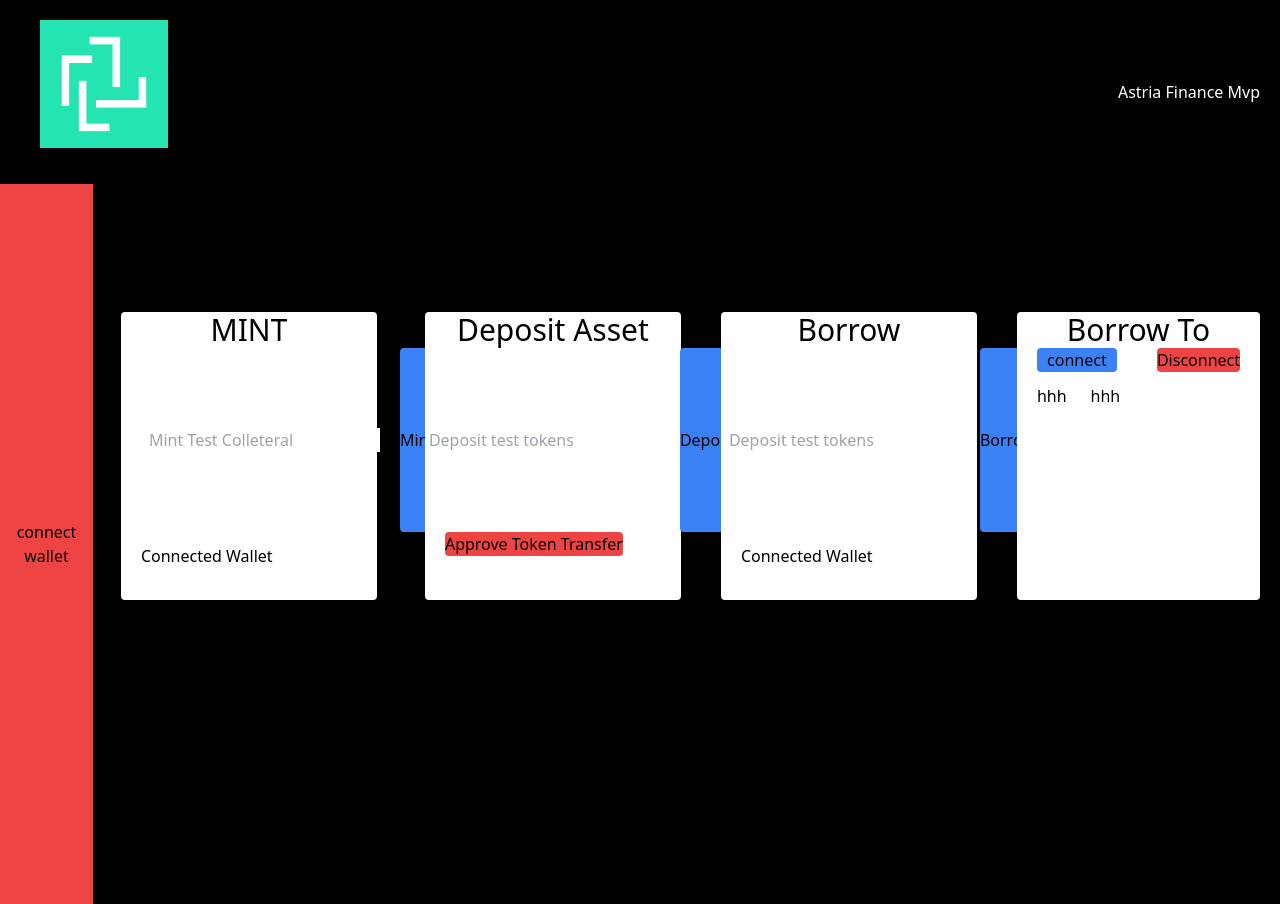
Repository: AstriaFinance/AstriaMvp
Page: /
These files come from the project's save history. The page is drawn as it stood at one moment and after the next save; the edit follows.
The browser window is 1280 px wide. The pictures show the whole page.
The project was rebuilt for these pictures with package versions that can differ from the ones it lists, and the page was loaded fresh each time. Also part of the build but not shown: src/components/About.jsx, src/components/Shop.jsx, src/components/ErrorPage.jsx.

Above is the page before, as saved 2022-06-22 23:33:47.

### src/App.js
import {Nav, Home} from "./components"

function App() {
  return (

    <div>

      <Nav/>
      <Home/>
      </div>

  );
}

export default App;

### src/components/index.js
export{default as About} from "./About"
export{default as Nav} from "./Nav"
export{default as Shop} from "./Shop"
export {default as ErrorPage} from "./ErrorPage"
export{default as Home} from "./Home"

### src/components/Nav.jsx
import React from 'react'
import logo from "../static/astria2.jpg"
const Nav = () => {
  return (

        <nav className='bg-black flex justify-between '>
        <img src={logo} alt="" className='h-32 mt-5 mx-10' />
        <div className='text-white my-20 mx-5'>Astria Finance Mvp</div>





    </nav>



  )
}

export default Nav

### src/components/Home.jsx
import React, { useEffect, useState } from 'react'
import astriaPorta_abi from "../contracts/astriaPorta_abi.json"
import testEth_abi from "../contracts/testEth_abi"
import { ethers } from 'ethers'
import { shortenAddress } from './ShortenAddress'

const Home = () => {
    const contractAddress="0x4eCeF62f1974173106d7296306073eD286Df6904"
    const testEthContractAddress="0xFEccDB1aCe7f5ad29BE0aB7Cf9BC67ebF81bd780"
    const[conButtonText, setConButtonText]=useState("connect wallet")
    const [errorMessage, setErrorMessage]=useState(null)
    const[defaultAccount, setDefaultAccount]= useState(null)
    const[provider, setProvider]=useState(null)
    const [signer, setSigner]=useState(null)
    const [contract, setContract]=useState(null)
    const [transferHash, setTransferHah]=useState(null)
    const [depositHash, setDepositHash]=useState(null)
    const [testEthContract, setTestEthContract]=useState(null)
    const [borrowHash, setBorrowHash]=useState(null)

    const connectWalletHandler =()=>{
      if (window.ethereum ){
        window.ethereum.request({method:"eth_requestAccounts"})
        .then(result=>{
          accountChangedHandler(result[0])
          setConButtonText ("Wallet connected")
        })
        .catch(error=>{
          setErrorMessage(error.message)
        })
      }else{
        console.log("Install Metamask")
        setErrorMessage("Please install metamask")
      }
    }

    const accountChangedHandler=(newAddress)=>{
      setDefaultAccount(newAddress)
      updateEthers()
    }

    const updateEthers=()=>{
      let tempProvider= new ethers.providers.Web3Provider(window.ethereum)
      let tempSigner=tempProvider.getSigner()
      let tempContract= new ethers.Contract(contractAddress, astriaPorta_abi, tempSigner)
      let testEthContract=new ethers.Contract(testEthContractAddress, testEth_abi, tempSigner)
      setProvider(tempProvider)
      setSigner(tempSigner)
      setContract(tempContract)
      setTestEthContract(testEthContract)

    }

    const mintHandler=async (e)=>{
      e.preventDefault()
      let mintAmount=e.target.mintAmount.value

      let txn=await contract.Mint(mintAmount)
      setTransferHah(txn)

    }




    const depositHandler=async (e)=>{
      e.preventDefault()
      let depositAmount=e.target.depositAmount.value

      let depositTxn=await contract.deposit(depositAmount)
      setDepositHash(depositTxn)
    }

    const borrowHandler= async(e)=>{
      e.preventDefault()
      let borrowAmount= e.target.borrowAmount.value
      let borrowtxn=await contract.borrow(borrowAmount)
      setBorrowHash(borrowtxn)
    }

    const approveTestEth=async(e)=>{
      e.preventDefault()
      await testEthContract.approve(contractAddress, ("9007199254740990"))
    }

    useEffect(()=>{
      if(contract!=null){

      }
    },[])
  return (
    <div>
    <p>{errorMessage}</p>
<div className="bg-black flex overflow-x-auto h-screen ">
<button className='bg-red-500' onClick={connectWalletHandler}>{conButtonText}</button>
<form onSubmit={mintHandler}>
 <div className="bg-white h-72 w-64 rounded my-32 mx-7">

  <div className="container flex justify-center text-3xl">MINT</div>
  <div className="flex justify-between">

    <input id="mintAmount" type="number" placeholder='Mint Test Colleteral' className='my-20 ml-7 hover:bg-red-500' />
    <button className="bg-blue-500 rounded mx-5 w-20  ">Mint</button>
  </div>
   <ul className="mx-5 my-3 flex gap-6">
     <li>Connected Wallet</li>

     <li></li>
   </ul>
 </div>
 </form>


 <div className="bg-white h-72 w-64 rounded mx-5 my-32">
 <form onSubmit={depositHandler}>
  <div class="container flex justify-center text-3xl">Deposit Asset</div>
  <div className="flex justify-between">

    <input id="depositAmount" type="text" placeholder='Deposit test tokens' className='my-20 ml-1 hover:bg-red-500' />
    <button className="bg-blue-500 rounded mx-5 w-20  ">Deposit</button>
  </div>
 </form>
 <form onSubmit={approveTestEth}>
  <button className="bg-red-500 rounded mx-5 w-50 ">Approve Token Transfer</button></form>
 </div>


 <form onSubmit={borrowHandler}>
 <div className="bg-white h-72 w-64 rounded mx-5 my-32">

  <div className="container flex justify-center text-3xl">Borrow</div>
  <div className="flex justify-between">

  <input id="borrowAmount" type="text" placeholder='Deposit test tokens' className='my-20 ml-2 rounded hover:bg-red-500' />
    <button className="bg-blue-500 rounded mx-5 w-20  ">Borrow</button>
  </div>
   <ul className="mx-5 my-3 flex gap-6">
     <li>Connected Wallet</li>
     <li></li>
   </ul>
 </div>
 </form>
 <div className="bg-white h-72 w-64 rounded mx-5 my-32">

  <div className="container flex justify-center text-3xl">Borrow To</div>
  <div className="flex justify-between">
    <form onSubmit={approveTestEth}>
  <button className="bg-blue-500 rounded mx-5 w-20 ">connect</button></form>
   <button className="bg-red-500 rounded mx-5">Disconnect</button>
  </div>
   <ul className="mx-5 my-3 flex gap-6">
     <li>hhh</li>
     <li>hhh</li>
   </ul>
 </div>


 </div>
 </div>
  )
}

export default Home

### src/contracts/astriaPorta_abi.json
[
	{
		"inputs": [
			{
				"internalType": "contract IXAP",
				"name": "_XAP",
				"type": "address"
			}
		],
		"stateMutability": "nonpayable",
		"type": "constructor"
	},
	{
		"anonymous": false,
		"inputs": [
			{
				"indexed": true,
				"internalType": "address",
				"name": "masterContract",
				"type": "address"
			},
			{
				"indexed": false,
				"internalType": "bytes",
				"name": "data",
				"type": "bytes"
			},
			{
				"indexed": true,
				"internalType": "address",
				"name": "cloneAddress",
				"type": "address"
			}
		],
		"name": "LogDeploy",
		"type": "event"
	},
	{
		"anonymous": false,
		"inputs": [
			{
				"indexed": false,
				"internalType": "address",
				"name": "to",
				"type": "address"
			},
			{
				"indexed": false,
				"internalType": "uint256",
				"name": "amount",
				"type": "uint256"
			}
		],
		"name": "Minted",
		"type": "event"
	},
	{
		"anonymous": false,
		"inputs": [
			{
				"indexed": false,
				"internalType": "address",
				"name": "from",
				"type": "address"
			},
			{
				"indexed": false,
				"internalType": "uint256",
				"name": "amount",
				"type": "uint256"
			}
		],
		"name": "borrowed",
		"type": "event"
	},
	{
		"anonymous": false,
		"inputs": [
			{
				"indexed": false,
				"internalType": "address",
				"name": "from",
				"type": "address"
			},
			{
				"indexed": false,
				"internalType": "uint256",
				"name": "amount",
				"type": "uint256"
			}
		],
		"name": "deposited",
		"type": "event"
	},
	{
		"inputs": [],
		"name": "BORROW_OPENING_FEE",
		"outputs": [
			{
				"internalType": "uint256",
				"name": "",
				"type": "uint256"
			}
		],
		"stateMutability": "view",
		"type": "function"
	},
	{
		"inputs": [],
		"name": "COLLATERIZATION_RATE",
		"outputs": [
			{
				"internalType": "uint256",
				"name": "",
				"type": "uint256"
			}
		],
		"stateMutability": "view",
		"type": "function"
	},
	{
		"inputs": [],
		"name": "LIQUIDATION_MULTIPLIER",
		"outputs": [
			{
				"internalType": "uint256",
				"name": "",
				"type": "uint256"
			}
		],
		"stateMutability": "view",
		"type": "function"
	},
	{
		"inputs": [
			{
				"internalType": "uint256",
				"name": "_amount",
				"type": "uint256"
			}
		],
		"name": "Mint",
		"outputs": [],
		"stateMutability": "nonpayable",
		"type": "function"
	},
	{
		"inputs": [],
		"name": "XAP",
		"outputs": [
			{
				"internalType": "contract IXAP",
				"name": "",
				"type": "address"
			}
		],
		"stateMutability": "view",
		"type": "function"
	},
	{
		"inputs": [
			{
				"internalType": "address",
				"name": "_spender",
				"type": "address"
			},
			{
				"internalType": "uint256",
				"name": "_amount",
				"type": "uint256"
			}
		],
		"name": "approve",
		"outputs": [],
		"stateMutability": "nonpayable",
		"type": "function"
	},
	{
		"inputs": [
			{
				"internalType": "uint256",
				"name": "amount",
				"type": "uint256"
			}
		],
		"name": "borrow",
		"outputs": [],
		"stateMutability": "nonpayable",
		"type": "function"
	},
	{
		"inputs": [
			{
				"internalType": "uint16",
				"name": "_dstChainId",
				"type": "uint16"
			},
			{
				"internalType": "bytes",
				"name": "_to",
				"type": "bytes"
			},
			{
				"internalType": "uint256",
				"name": "amount",
				"type": "uint256"
			},
			{
				"internalType": "address",
				"name": "_zroPaymentAddress",
				"type": "address"
			},
			{
				"internalType": "bytes",
				"name": "_adapterParam",
				"type": "bytes"
			}
		],
		"name": "borrowTo",
		"outputs": [],
		"stateMutability": "nonpayable",
		"type": "function"
	},
	{
		"inputs": [],
		"name": "collateral",
		"outputs": [
			{
				"internalType": "contract ITestETH",
				"name": "",
				"type": "address"
			}
		],
		"stateMutability": "view",
		"type": "function"
	},
	{
		"inputs": [
			{
				"internalType": "address",
				"name": "masterContract",
				"type": "address"
			},
			{
				"internalType": "bytes",
				"name": "data",
				"type": "bytes"
			},
			{
				"internalType": "bool",
				"name": "useCreate2",
				"type": "bool"
			}
		],
		"name": "deploy",
		"outputs": [
			{
				"internalType": "address",
				"name": "cloneAddress",
				"type": "address"
			}
		],
		"stateMutability": "payable",
		"type": "function"
	},
	{
		"inputs": [
			{
				"internalType": "uint256",
				"name": "amount",
				"type": "uint256"
			}
		],
		"name": "deposit",
		"outputs": [],
		"stateMutability": "payable",
		"type": "function"
	},
	{
		"inputs": [
			{
				"internalType": "address",
				"name": "",
				"type": "address"
			}
		],
		"name": "depositsToAmount",
		"outputs": [
			{
				"internalType": "uint256",
				"name": "",
				"type": "uint256"
			}
		],
		"stateMutability": "view",
		"type": "function"
	},
	{
		"inputs": [],
		"name": "feeTo",
		"outputs": [
			{
				"internalType": "address",
				"name": "",
				"type": "address"
			}
		],
		"stateMutability": "view",
		"type": "function"
	},
	{
		"inputs": [
			{
				"internalType": "bytes",
				"name": "data",
				"type": "bytes"
			}
		],
		"name": "init",
		"outputs": [],
		"stateMutability": "payable",
		"type": "function"
	},
	{
		"inputs": [
			{
				"internalType": "address",
				"name": "",
				"type": "address"
			}
		],
		"name": "masterContractOf",
		"outputs": [
			{
				"internalType": "address",
				"name": "",
				"type": "address"
			}
		],
		"stateMutability": "view",
		"type": "function"
	},
	{
		"inputs": [],
		"name": "oracle",
		"outputs": [
			{
				"internalType": "contract IOracle",
				"name": "",
				"type": "address"
			}
		],
		"stateMutability": "view",
		"type": "function"
	},
	{
		"inputs": [],
		"name": "oracleData",
		"outputs": [
			{
				"internalType": "bytes",
				"name": "",
				"type": "bytes"
			}
		],
		"stateMutability": "view",
		"type": "function"
	},
	{
		"inputs": [
			{
				"internalType": "contract ITestETH",
				"name": "_collateral",
				"type": "address"
			}
		],
		"name": "setTestColleteral",
		"outputs": [],
		"stateMutability": "nonpayable",
		"type": "function"
	},
	{
		"inputs": [],
		"name": "testColleteral",
		"outputs": [
			{
				"internalType": "contract ITestETH",
				"name": "",
				"type": "address"
			}
		],
		"stateMutability": "view",
		"type": "function"
	},
	{
		"inputs": [],
		"name": "totalDeposits",
		"outputs": [
			{
				"internalType": "uint256",
				"name": "",
				"type": "uint256"
			}
		],
		"stateMutability": "view",
		"type": "function"
	}
]

### src/contracts/testEth_abi.json
[
	{
		"inputs": [],
		"stateMutability": "nonpayable",
		"type": "constructor"
	},
	{
		"anonymous": false,
		"inputs": [
			{
				"indexed": true,
				"internalType": "address",
				"name": "owner",
				"type": "address"
			},
			{
				"indexed": true,
				"internalType": "address",
				"name": "spender",
				"type": "address"
			},
			{
				"indexed": false,
				"internalType": "uint256",
				"name": "value",
				"type": "uint256"
			}
		],
		"name": "Approval",
		"type": "event"
	},
	{
		"anonymous": false,
		"inputs": [
			{
				"indexed": true,
				"internalType": "address",
				"name": "previousOwner",
				"type": "address"
			},
			{
				"indexed": true,
				"internalType": "address",
				"name": "newOwner",
				"type": "address"
			}
		],
		"name": "OwnershipTransferred",
		"type": "event"
	},
	{
		"anonymous": false,
		"inputs": [
			{
				"indexed": true,
				"internalType": "address",
				"name": "from",
				"type": "address"
			},
			{
				"indexed": true,
				"internalType": "address",
				"name": "to",
				"type": "address"
			},
			{
				"indexed": false,
				"internalType": "uint256",
				"name": "value",
				"type": "uint256"
			}
		],
		"name": "Transfer",
		"type": "event"
	},
	{
		"inputs": [
			{
				"internalType": "address",
				"name": "owner",
				"type": "address"
			},
			{
				"internalType": "address",
				"name": "spender",
				"type": "address"
			}
		],
		"name": "allowance",
		"outputs": [
			{
				"internalType": "uint256",
				"name": "",
				"type": "uint256"
			}
		],
		"stateMutability": "view",
		"type": "function"
	},
	{
		"inputs": [
			{
				"internalType": "address",
				"name": "spender",
				"type": "address"
			},
			{
				"internalType": "uint256",
				"name": "amount",
				"type": "uint256"
			}
		],
		"name": "approve",
		"outputs": [
			{
				"internalType": "bool",
				"name": "",
				"type": "bool"
			}
		],
		"stateMutability": "nonpayable",
		"type": "function"
	},
	{
		"inputs": [
			{
				"internalType": "address",
				"name": "account",
				"type": "address"
			}
		],
		"name": "balanceOf",
		"outputs": [
			{
				"internalType": "uint256",
				"name": "",
				"type": "uint256"
			}
		],
		"stateMutability": "view",
		"type": "function"
	},
	{
		"inputs": [
			{
				"internalType": "uint256",
				"name": "amount",
				"type": "uint256"
			}
		],
		"name": "burn",
		"outputs": [],
		"stateMutability": "nonpayable",
		"type": "function"
	},
	{
		"inputs": [
			{
				"internalType": "address",
				"name": "account",
				"type": "address"
			},
			{
				"internalType": "uint256",
				"name": "amount",
				"type": "uint256"
			}
		],
		"name": "burnFrom",
		"outputs": [],
		"stateMutability": "nonpayable",
		"type": "function"
	},
	{
		"inputs": [],
		"name": "decimals",
		"outputs": [
			{
				"internalType": "uint8",
				"name": "",
				"type": "uint8"
			}
		],
		"stateMutability": "view",
		"type": "function"
	},
	{
		"inputs": [
			{
				"internalType": "address",
				"name": "spender",
				"type": "address"
			},
			{
				"internalType": "uint256",
				"name": "subtractedValue",
				"type": "uint256"
			}
		],
		"name": "decreaseAllowance",
		"outputs": [
			{
				"internalType": "bool",
				"name": "",
				"type": "bool"
			}
		],
		"stateMutability": "nonpayable",
		"type": "function"
	},
	{
		"inputs": [
			{
				"internalType": "address",
				"name": "spender",
				"type": "address"
			},
			{
				"internalType": "uint256",
				"name": "addedValue",
				"type": "uint256"
			}
		],
		"name": "increaseAllowance",
		"outputs": [
			{
				"internalType": "bool",
				"name": "",
				"type": "bool"
			}
		],
		"stateMutability": "nonpayable",
		"type": "function"
	},
	{
		"inputs": [
			{
				"internalType": "address",
				"name": "to",
				"type": "address"
			},
			{
				"internalType": "uint256",
				"name": "amount",
				"type": "uint256"
			}
		],
		"name": "mint",
		"outputs": [],
		"stateMutability": "nonpayable",
		"type": "function"
	},
	{
		"inputs": [],
		"name": "name",
		"outputs": [
			{
				"internalType": "string",
				"name": "",
				"type": "string"
			}
		],
		"stateMutability": "view",
		"type": "function"
	},
	{
		"inputs": [],
		"name": "owner",
		"outputs": [
			{
				"internalType": "address",
				"name": "",
				"type": "address"
			}
		],
		"stateMutability": "view",
		"type": "function"
	},
	{
		"inputs": [],
		"name": "renounceOwnership",
		"outputs": [],
		"stateMutability": "nonpayable",
		"type": "function"
	},
	{
		"inputs": [],
		"name": "symbol",
		"outputs": [
			{
				"internalType": "string",
				"name": "",
				"type": "string"
			}
		],
		"stateMutability": "view",
		"type": "function"
	},
	{
		"inputs": [],
		"name": "totalSupply",
		"outputs": [
			{
				"internalType": "uint256",
				"name": "",
				"type": "uint256"
			}
		],
		"stateMutability": "view",
		"type": "function"
	},
	{
		"inputs": [
			{
				"internalType": "address",
				"name": "to",
				"type": "address"
			},
			{
				"internalType": "uint256",
				"name": "amount",
				"type": "uint256"
			}
		],
		"name": "transfer",
		"outputs": [
			{
				"internalType": "bool",
				"name": "",
				"type": "bool"
			}
		],
		"stateMutability": "nonpayable",
		"type": "function"
	},
	{
		"inputs": [
			{
				"internalType": "address",
				"name": "from",
				"type": "address"
			},
			{
				"internalType": "address",
				"name": "to",
				"type": "address"
			},
			{
				"internalType": "uint256",
				"name": "amount",
				"type": "uint256"
			}
		],
		"name": "transferFrom",
		"outputs": [
			{
				"internalType": "bool",
				"name": "",
				"type": "bool"
			}
		],
		"stateMutability": "nonpayable",
		"type": "function"
	},
	{
		"inputs": [
			{
				"internalType": "address",
				"name": "newOwner",
				"type": "address"
			}
		],
		"name": "transferOwnership",
		"outputs": [],
		"stateMutability": "nonpayable",
		"type": "function"
	}
]

Loaded but not shown: public/index.html (common file); src/index.js (common file); src/index.css (common file); src/reportWebVitals.js (common file); src/components/ShortenAddress.js (common file); tailwind.config.js (common file)

After the next save:
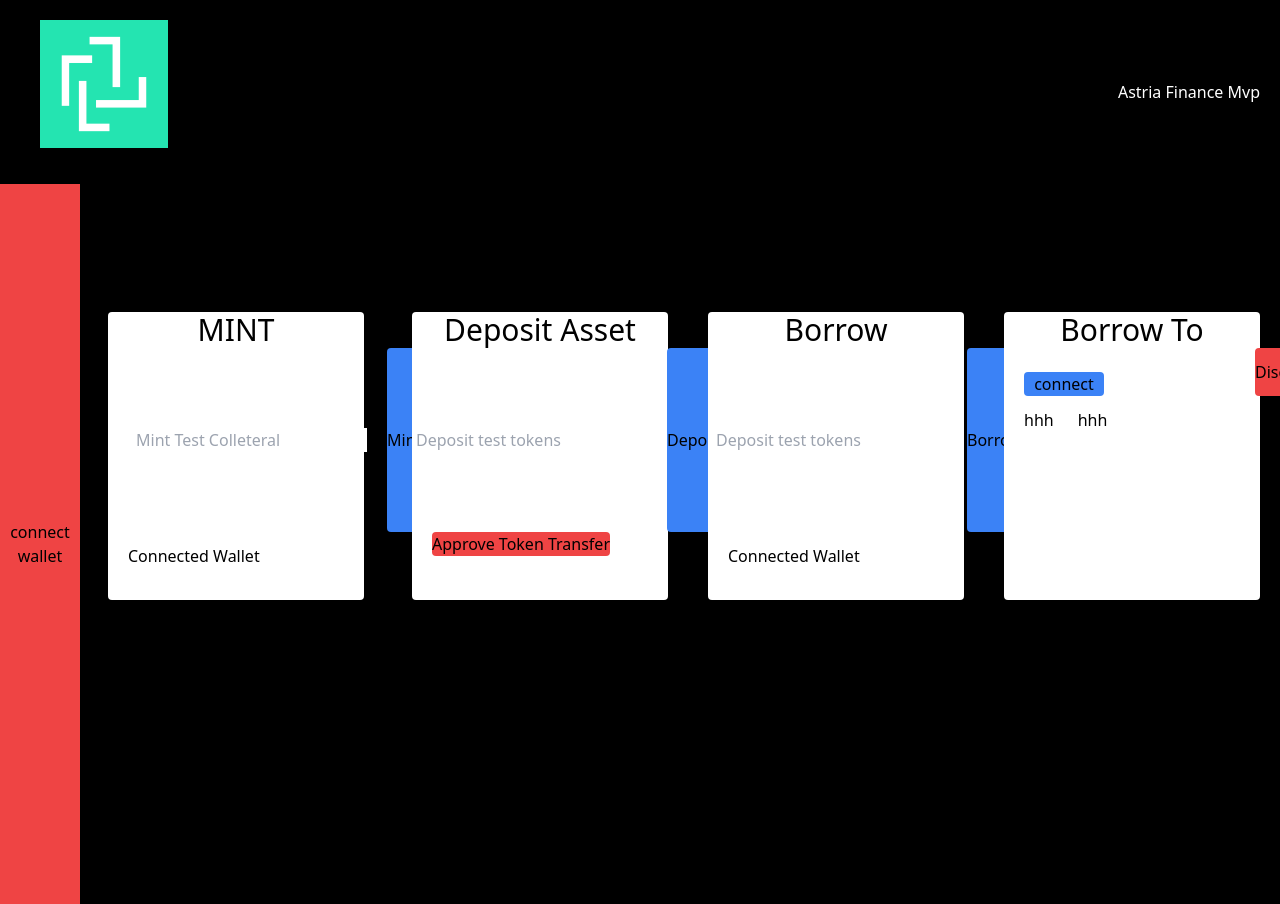
Saved 114 s later.
--- a/src/components/Home.jsx
+++ b/src/components/Home.jsx
@@ -145,6 +145,7 @@
   <div className="container flex justify-center text-3xl">Borrow To</div>
   <div className="flex justify-between">
     <form onSubmit={approveTestEth}>
+      <input></input>
   <button className="bg-blue-500 rounded mx-5 w-20 ">connect</button></form>
    <button className="bg-red-500 rounded mx-5">Disconnect</button>
   </div>

After the save that followed:
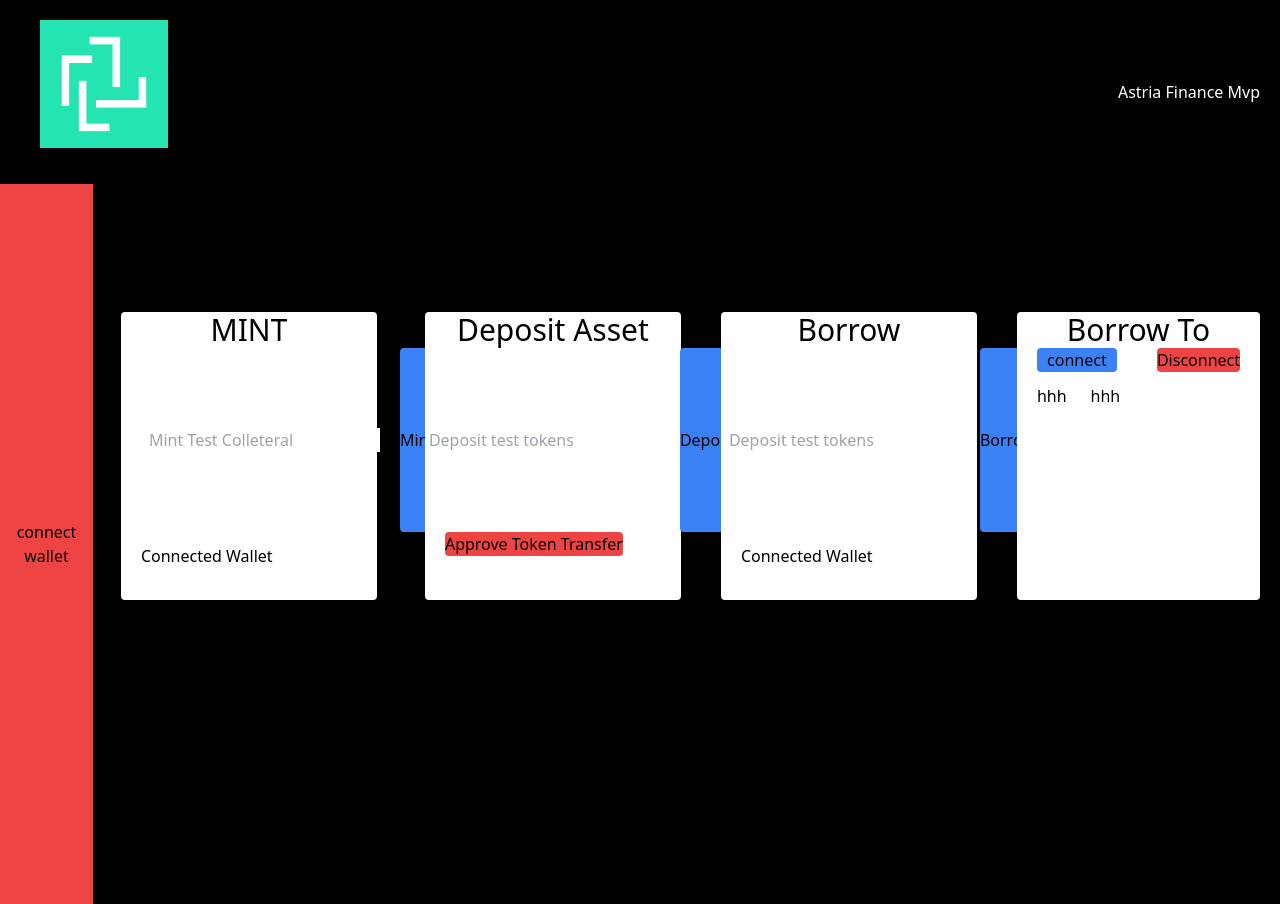
Saved 8 s later.
--- a/src/components/Home.jsx
+++ b/src/components/Home.jsx
@@ -145,7 +145,7 @@
   <div className="container flex justify-center text-3xl">Borrow To</div>
   <div className="flex justify-between">
     <form onSubmit={approveTestEth}>
-      <input></input>
+
   <button className="bg-blue-500 rounded mx-5 w-20 ">connect</button></form>
    <button className="bg-red-500 rounded mx-5">Disconnect</button>
   </div>
